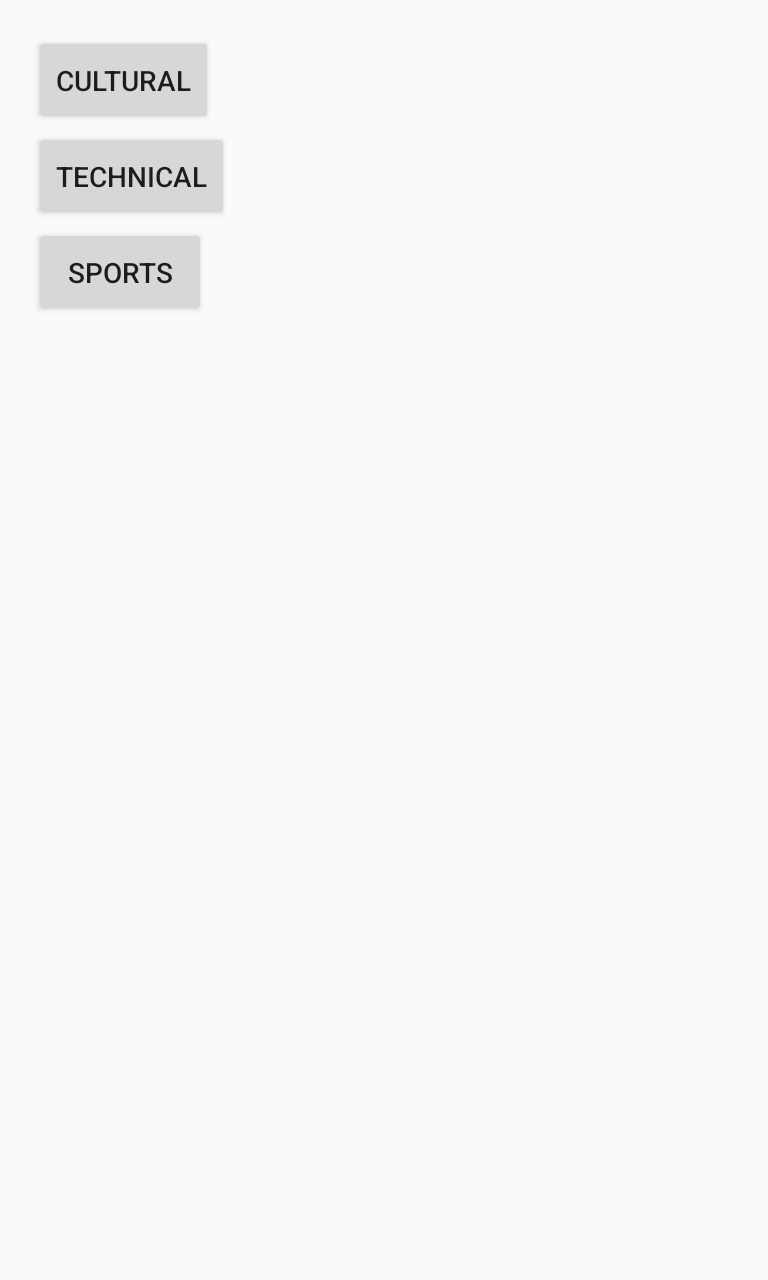
Repository: Attaphon1996/Engineering-Stuff
Layout: OSource/Android Play/Android_Projects/YASH15.0/res/layout/day4.xml
The author's editor kept a copy of each file at every save. The layout is drawn from the files as they stood at one save, then again after the next save.
It is drawn on a 768 x 1280 px phone screen (xhdpi) without system bars, with theme AppTheme; the app's code is not run.

Above is the layout before, as saved 2015-02-08 02:28:28.

### OSource/Android Play/Android_Projects/YASH15.0/res/layout/day4.xml
<?xml version="1.0" encoding="utf-8"?>
<LinearLayout xmlns:android="http://schemas.android.com/apk/res/android"
    android:layout_width="match_parent"
    android:layout_height="match_parent"
    android:orientation="vertical"
    android:paddingBottom="@dimen/activity_vertical_margin"
    android:paddingLeft="@dimen/activity_horizontal_margin"
    android:paddingRight="@dimen/activity_horizontal_margin"
    android:paddingTop="@dimen/activity_vertical_margin" >

    <Button
        android:id="@+id/day4_cultural"
        android:layout_width="wrap_content"
        android:layout_height="wrap_content"
        android:text="@string/cultural" />

    <Button
        android:id="@+id/day4_technical"
        android:layout_width="wrap_content"
        android:layout_height="wrap_content"
        android:text="@string/technical" />

    <Button
        android:id="@+id/day4_sports"
        android:layout_width="wrap_content"
        android:layout_height="wrap_content"
        android:text="@string/sports" />

</LinearLayout>

### OSource/Android Play/Android_Projects/YASH15.0/res/values/strings.xml
<?xml version="1.0" encoding="utf-8"?>
<resources>

    <string name="app_name">YASH 15.0</string>
    <string name="hello_world">Hello world!</string>
    <string name="action_settings">Settings</string>
    <string name="day0">DAY 0</string>
    <string name="day1">DAY 1</string>
    <string name="day2">DAY 2</string>
    <string name="day3">DAY 3</string>
    <string name="day4">DAY 4</string>
    <string name="day5">DAY 5</string>
    <string name="day6">DAY 6</string>
    <string name="technical">Technical</string>
    <string name="cultural">Cultural</string>
    <string name="sports">Sports</string>


</resources>

Loaded but not shown: OSource/Android Play/Android_Projects/YASH15.0/res/values/styles.xml (common file); OSource/Android Play/Android_Projects/YASH15.0/res/values-v11/styles.xml (common file); OSource/Android Play/Android_Projects/YASH15.0/res/values-v14/styles.xml (common file); OSource/Android Play/Android_Projects/YASH15.0/res/values/dimens.xml (common file); OSource/Android Play/Android_Projects/YASH15.0/res/values-w820dp/dimens.xml (common file)

After the next save:
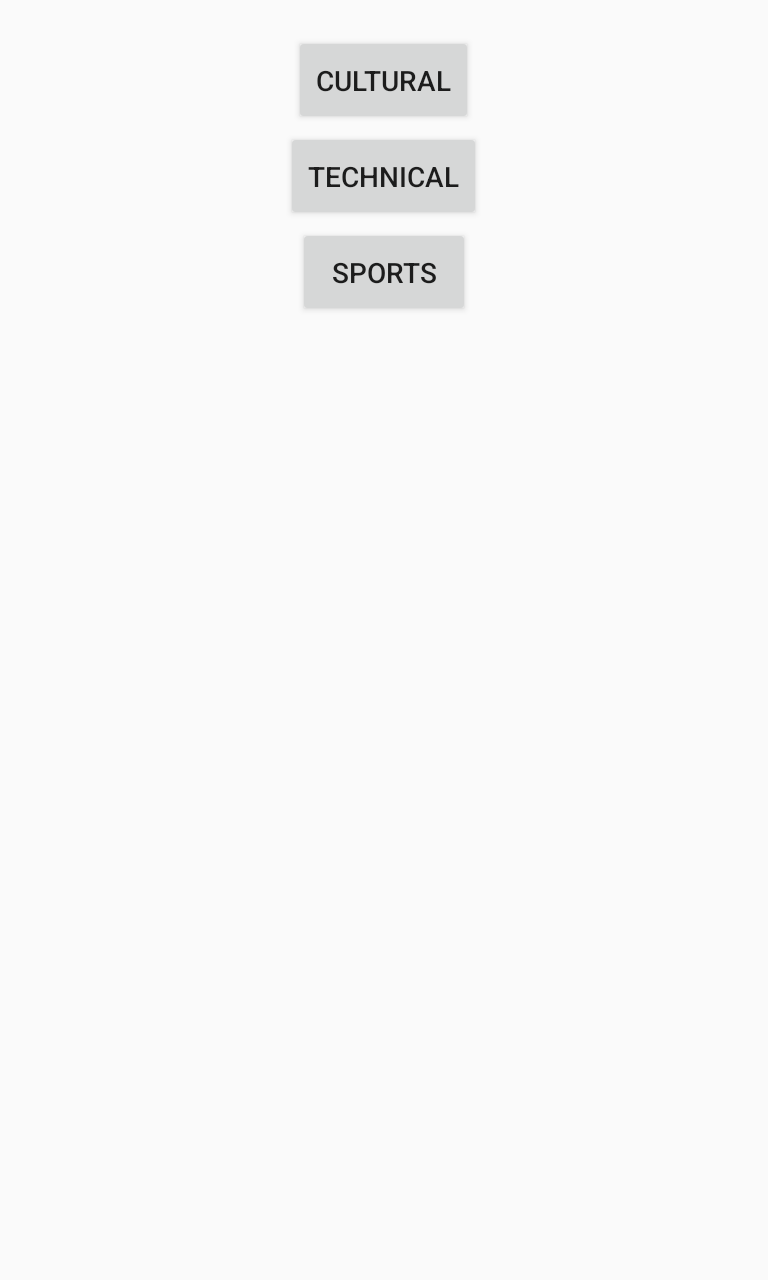
Saved 33 s later.
--- a/OSource/Android Play/Android_Projects/YASH15.0/res/layout/day4.xml
+++ b/OSource/Android Play/Android_Projects/YASH15.0/res/layout/day4.xml
@@ -12,18 +12,21 @@
         android:id="@+id/day4_cultural"
         android:layout_width="wrap_content"
         android:layout_height="wrap_content"
-        android:text="@string/cultural" />
+        android:text="@string/cultural"
+        android:layout_gravity="center" />
 
     <Button
         android:id="@+id/day4_technical"
         android:layout_width="wrap_content"
         android:layout_height="wrap_content"
-        android:text="@string/technical" />
+        android:text="@string/technical"
+        android:layout_gravity="center" />
 
     <Button
         android:id="@+id/day4_sports"
         android:layout_width="wrap_content"
         android:layout_height="wrap_content"
-        android:text="@string/sports" />
+        android:text="@string/sports"
+        android:layout_gravity="center" />
 
 </LinearLayout>
